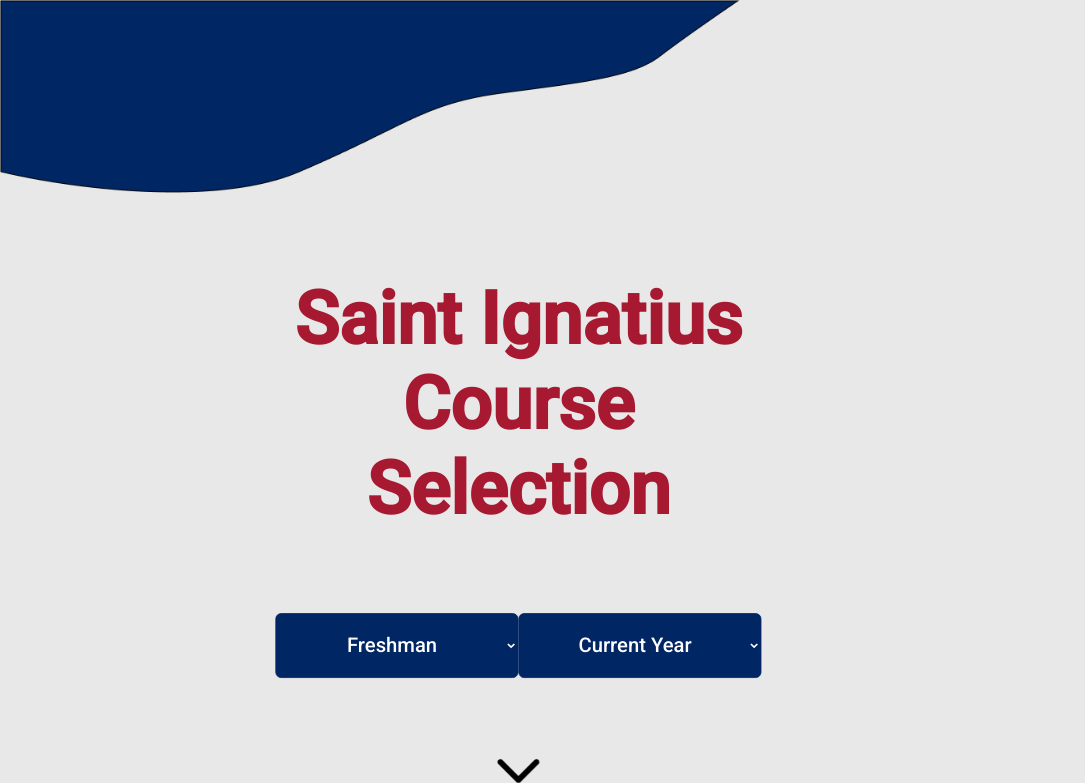
Repository: BuddyBob/si_course_selection
Page: /
These files come from the project's save history. The page is drawn as it stood at one moment and after the next save; the edit follows.
The browser window is 1280 px wide. The page is 1280 px wide, then 1340 px, so the pictures cover 1340 px, including what lies to the right of the window. The pictures show the whole page, at 81% of full size.
The project was rebuilt for these pictures with package versions that can differ from the ones it lists, and the page was loaded fresh each time. Also part of the build but not shown: src/components/CurrentYear.js, src/components/AllYears/YearFour.js, src/components/AllYears/YearOne.js, src/components/AllYears/YearThree.js, src/components/AllYears/YearTwo.js.

Above is the page before, as saved 2023-01-04 10:25:54.

### public/index.html
<!DOCTYPE html>
<html lang="en">
  <head>
    <meta charset="utf-8" />
    <link rel="icon" href="%PUBLIC_URL%/favicon.ico" />
    <meta name="viewport" content="width=device-width, initial-scale=1" />
    <meta name="theme-color" content="#000000" />
    <meta
      name="description"
      content="Web site created using create-react-app"
    />
    <link rel="apple-touch-icon" href="%PUBLIC_URL%/logo192.png" />
    <link rel="manifest" href="%PUBLIC_URL%/manifest.json" />

    <link rel="preconnect" href="https://fonts.googleapis.com">
    <link rel="preconnect" href="https://fonts.gstatic.com" crossorigin>
    <link href="https://fonts.googleapis.com/css2?family=Open+Sans:wght@300;400&family=Roboto:wght@500&display=swap" rel="stylesheet">
    <title>React App</title>
  </head>
  <body>
    <noscript>You need to enable JavaScript to run this app.</noscript>
    <div id="root"></div>

  </body>
</html>

### src/index.js
import App from './App';
import React from 'react';
import ReactDOM from 'react-dom';
import { HashRouter as Router } from 'react-router-dom';

ReactDOM.render(<Router>< App /></Router>, document.getElementById("root"));

### src/App.js
import './index.css'

import {
    Route,
    Routes,
} from "react-router-dom";

import CurrentYear from "./components/CurrentYear";
import Home from "./Home";
import YearFour from "./components/AllYears/YearFour";
import YearOne from "./components/AllYears/YearOne";
import YearThree from "./components/AllYears/YearThree";
import YearTwo from "./components/AllYears/YearTwo";

export default function App() {
    return (
          <Routes>
            <Route  exact path='/' element={<Home/>} />
            <Route  exact path='/currentYear' element={<CurrentYear/>} />
            <Route  exact path='/yearOne' element={<YearOne/>} />
            <Route  exact path='/yearTwo' element={<YearTwo/>} />
            <Route  exact path='/yearThree' element={<YearThree/>} />
            <Route  exact path='/yearFour' element={<YearFour/>} />
          </Routes>
    );
  }

### src/index.css
:root {
  --background:#e8e8e8;
  --main:#002664;
  --secondary:#A61930;
  --highlight:#2D2D2D;
  --text:#2D2D2D;
}

*{
  padding: 0;
  margin: 0;
  box-sizing: border-box;
  cursor: default;
  font-family: 'Open Sans', sans-serif;
  font-family: 'Roboto', sans-serif;
}

body{
  background: var(--background);
  overflow-x: hidden;
}


.main-container{
/* center */
  display: flex;
  flex-direction: column;
  justify-content: center;
  align-items: center;
  width: 100%;
  height: 100%;
  margin: auto;
}

.sub-container{
  display: flex;
  flex-direction: row;
}



.title{
  font-style: normal;
  font-size: 90px;
  color: var(--secondary);
  font-weight: 500px;
  /* center text to page; */
  margin: auto;
  width: 50%;
  text-align: center;
  position: relative;
  top: 100px;


}

@media screen and (max-width: 1150px) {
  .sub-container{
    flex-direction: column;
  }
  .title{
    font-size: 60px;
    width: 80%;
    text-align: center;
  }

}

select {
  border: #002664 1px solid;
  border-radius: 7px;
  background: #002664;
  width: 300px;
  height: 80px;/*Width of select dropdown to give space for arrow image*/
  color: #FFF;
  text-align: center;
  font-size: 25px;
  font-weight: 20px;

}


.pg1dd{
  display: flex;
  flex-direction: column;
  justify-content: center;
  align-items: center;
  width: 100%;
  height: 100%;
  margin: auto;
  position: relative;
  top: 200px;

}



.arrow1{

  /* center content */
  display: flex;
  flex-direction: column;
  justify-content: center;
  align-items: center;
  position: relative;
  top: 100px

}


.arrow1:hover{
  animation: arrow1 1s infinite;
  color: var(--secondary);
  cursor: pointer;
}

.bounce {
  animation: bounce 3s infinite;
}

@keyframes bounce {
  0%, 20%, 50%, 80%, 100% {
      -moz-transform: translateY(0);
      -ms-transform: translateY(0);
      -webkit-transform: translateY(0);
      transform: translateY(0);
    }
    40% {
      -moz-transform: translateY(-10px);
      -ms-transform: translateY(-10px);
      -webkit-transform: translateY(-10px);
      transform: translateY(-10px);
    }
    40% {
      -moz-transform: translateY(-30px);
      -ms-transform: translateY(-30px);
      -webkit-transform: translateY(-30px);
      transform: translateY(-30px);
    }
    60% {
      -moz-transform: translateY(-15px);
      -ms-transform: translateY(-15px);
      -webkit-transform: translateY(-15px);
      transform: translateY(-15px);
    }
}

### src/Home.js
import React from 'react'
import arrow from './assets/Arrow 5.png'
import getLocalStorage from './getLocalStorage';
import { useNavigate } from "react-router-dom";
import vector1 from './assets/Vector 1.png'

function Home() {
  let navigate = useNavigate();
  function formSubmit(e){
    //set up local storage for grade and year inputs
    getLocalStorage()
    e.preventDefault();
    console.log("option changed")
    console.log(e.target.elements[0].value, e.target.elements[1].value)
    localStorage.setItem("grade", e.target.elements[0].value);
    localStorage.setItem("year", e.target.elements[1].value);
    if (e.target.elements[1].value == "Current Year") {
      navigate("/currentYear");
    }else{
      navigate("/yearOne");
    }
  }
  return (
    <div>
      <input type="image" src={vector1} alt="vector" className="vector1" />
      <div className="main-container">
        <h1 className="title">Saint Ignatius Course Selection</h1>
        <form className="pg1dd" onSubmit={(e) => formSubmit(e)}>
            <div className="sub-container">
              <select className="grade">
                  <option>Freshman</option>
                  <option>Sophomore </option>
                  <option>Junior</option>
                  <option>Senior</option>
              </select>

              <select className="years">
                  <option>Current Year</option>
                  <option>All Years</option>
              </select>
            </div>
            <input type="image" src={arrow} alt="arrow1" className="arrow1 bounce" />
        </form>



      </div>
    </div>
  )
}

export default Home

### src/components/courseSelection.css
:root {
    --background:#e8e8e8;
    --main:#002664;
    --secondary:#A61930;
    --highlight:#2D2D2D;
    --text:#2D2D2D;
  }

.Nav{
  background-color: var(--secondary);
  padding: 30px;
}
.navCourseSelect{
  color: var(--background);
  font-weight: 100px;

}
.titleCourseSelect{
    font-style: normal;
    font-size: 70px;
    font-weight: 400;
    color: var(--secondary);

    /* center text to page; */
    margin: auto;
    width: 40%;
    text-align: center;

    position: relative;
    top: 100px;


}

@media screen and (max-width: 900px) {
  .titleCourseSelect{
    font-size: 50px;
    width: 80%;
  }
  .navCourseSelect{
    /* center text */
    margin: auto;
    width: 80%;
    text-align: center;

  }
}




.courseSelect{
    position: relative;
    top: 200px;
    margin: auto;
    text-align: center;
}
.subject{
    color: var(--text);
    margin: auto;
    text-align: center;
    font-size: 50px;
    font-weight:200;
    padding-top: 20px;

  }

  .courses{
    position: relative;
    margin-bottom: 100px;
    margin-top:25px;

  }

.course_btn{
    border: #002664 0px solid;
    border-radius: 7px;
    background: #002664;
    width: 300px;
    height: 65px;/*Width of select dropdown to give space for arrow image*/
    color: #FFF;
    text-align: center;
    font-size: 20px;
    font-weight: 30px;
    margin: 25px;
}

.course_btn:hover{
    background: var(--secondary);
    color: #FFF;
    cursor: pointer;
}

.course_btn_selected{
  background: #A61930;
  color: #FFF;
  cursor: pointer;
}

.arrow2{
  justify-content: center;
  align-items: center;
  position: relative;
  top: 0px;
  right: 0%;
  margin-bottom:100px;
}


.arrow2:hover{
  animation: arrow1 1s infinite;
  color: var(--secondary);
  cursor: pointer;
}

.bounce2 {
  animation: bounce 3s infinite;
}

@keyframes bounce2 {
  0%, 20%, 50%, 80%, 100% {
      -moz-transform: translateY(0);
      -ms-transform: translateY(0);
      -webkit-transform: translateY(0);
      transform: translateY(0);
    }
    40% {
      -moz-transform: translateY(-10px);
      -ms-transform: translateY(-10px);
      -webkit-transform: translateY(-10px);
      transform: translateY(-10px);
    }
    40% {
      -moz-transform: translateY(-30px);
      -ms-transform: translateY(-30px);
      -webkit-transform: translateY(-30px);
      transform: translateY(-30px);
    }
    60% {
      -moz-transform: translateY(-15px);
      -ms-transform: translateY(-15px);
      -webkit-transform: translateY(-15px);
      transform: translateY(-15px);
    }
}

### src/getLocalStorage.js
import React from 'react'

export default function getLocalStorage() {
    //create local storage containing variables for "grade" and "year"
    localStorage.setItem("grade", "None");
    localStorage.setItem("year", "None");

    let allYears = {
        "Freshman": {
            "Freshman":{"Math":"false", "English": "false"},
            "Sophomore":{"Math":"false", "English": "false"},
            "Junior":{"Math":"false", "English": "false"},
            "Senior":{"Math":"false", "English": "false"}
        }
    }
    localStorage.setItem("allYears", JSON.stringify(allYears));

}

After the next save:
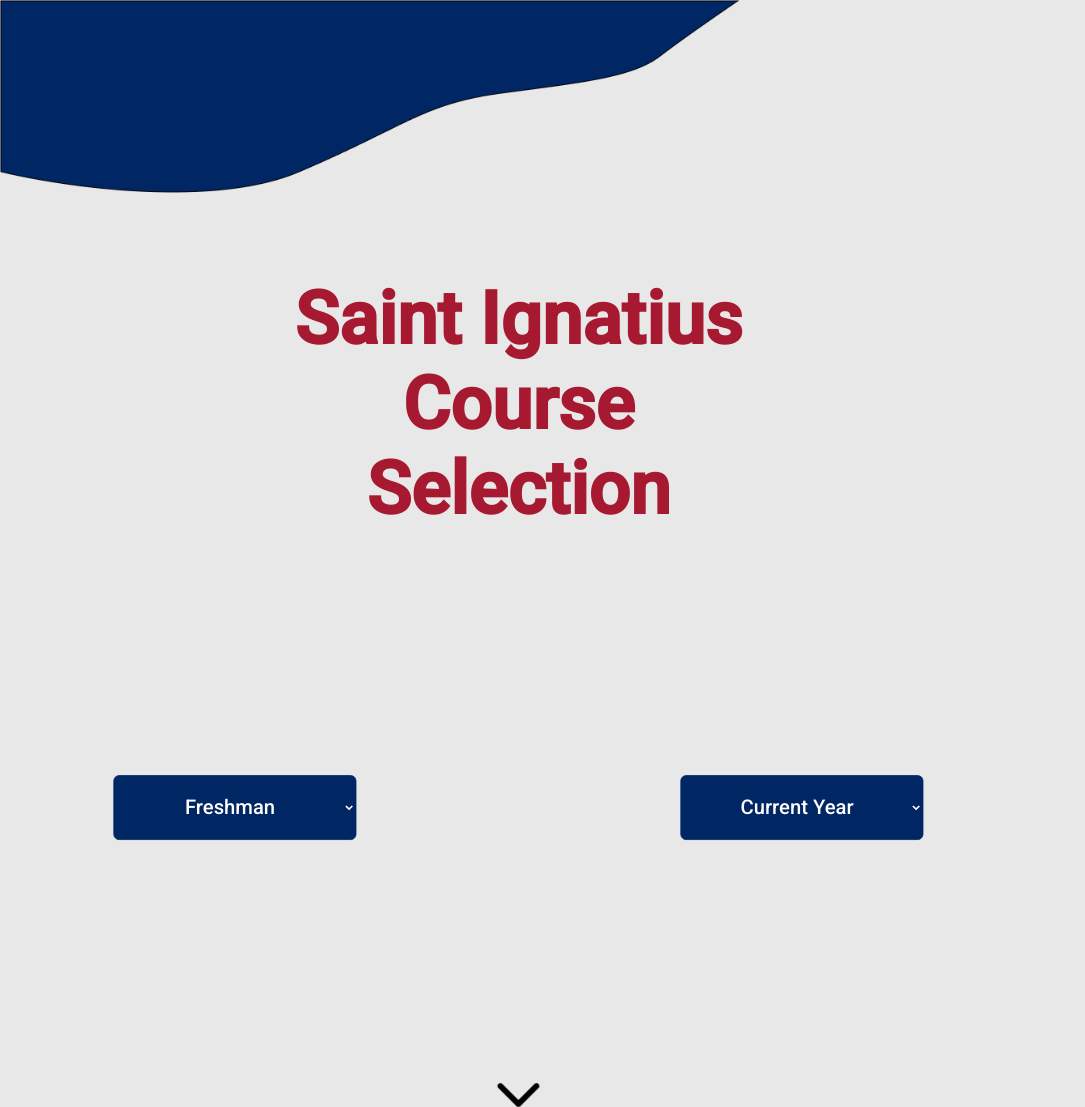
Saved 20 s later.
--- a/src/index.css
+++ b/src/index.css
@@ -76,6 +76,7 @@
   text-align: center;
   font-size: 25px;
   font-weight: 20px;
+  margin: 200px;;
 
 }
 
